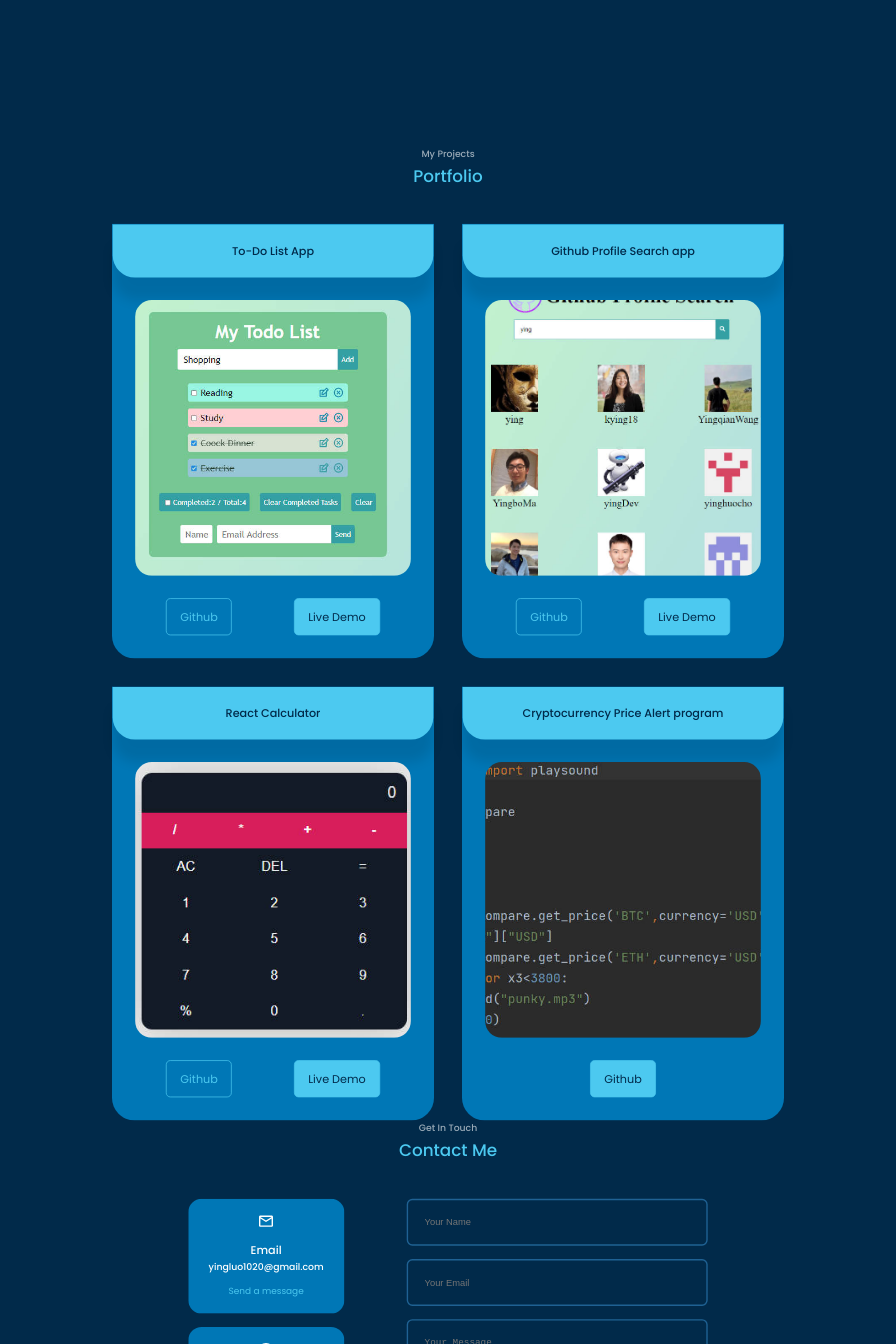
Repository: yingluo1020/react-portfolio-website
Page: /
An editor plug-in stored every save of this project. The page is shown before and after the next save, followed by the edit.
The browser window is 1280 px wide. The pictures show the part of the page from y = 1671 to 3591 px (the page is 4415 px tall), at 70% of full size.
The project was rebuilt for these pictures with package versions that can differ from the ones it lists, and the page was loaded fresh each time. Imported but missing from the stored project, and not drawn on this page: src/assets/YingLuo_resume.pdf.

Above is the page before, as saved 2022-03-16 14:07:36.

### src/index.css
@import url('https://fonts.googleapis.com/css2?family=Poppins:wght@300;400;500;600&display=swap');

* {
 margin: 0;
 padding: 0;
 border: 0;
 outline: 0;
 box-sizing: border-box;
 list-style: none;
 text-decoration: none;
}

:root {
    --color-bg:#012a4a;
    --color-bg-variant:#0077b6;
    --color-primary:#4cc9f0;
    --color-primary-variant:rgba(77,181,255,0.4);
    --color-white:#fff;
    --color-light:rgba(255,255,255,0.6);

    --transition:all 400ms ease;

    --container-width-lg:75%;
    --container-width-md:86%;
    --container-width-sm:90%;
}

html {
    scroll-behavior:smooth;
}

::-webkit-scrollbar {
    display: none;
}

body {
    font-family: 'Poppins', sans-serif;
    background: var(--color-bg);
    color:var(--color-white);
    line-height:1.7;
}

/* general styles */
.container {
    width:var(--container-width-lg);
    margin: 0 auto;
}

h1,
h2,
h3,
h4,
h5 {
    font-weight: 500;
}

h1 {
    font-size: 2.5rem;
}

section {
    min-height: 100vh;
}

section > h2, section > h5 {
    text-align: center;
    color: var(--color-light);
}

section > h2 {
    color: var(--color-primary);
    margin-bottom: 3rem;
}

.text-light {
    color: var(--color-light);
}

a {
    color: var(--color-primary);
    transition: var(--transition);
}

a:hover {
    color: var(--color-white);
}

.btn {
    width: max-content;
    display: inline-block;
    color: var(--color-primary);
    padding: 0.75rem 1.2rem;
    border-radius:0.4rem;
    cursor: pointer;
    border: 1px solid var(--color-primary);
    transition: var(--transition);
}

.btn:hover{
    background: var(--color-white);
    color: var(--color-bg);
    border-color: transparent;
}

.btn-primary {
    background: var(--color-primary);
    color: var(--color-bg);
}

img{
    display: block;
    width: 100%;
    object-fit: cover;
}

/* media queries(medium devices)*/
@media screen and (max-width:1024px) {
    .container {
        width: var(--container-width-sm);
    }

    section> h2 {
        margin-bottom: 2rem;
    }
}

### src/components/header/Header.js
import React from 'react'
import './header.css';
import CV from '../../assets/YingLuo_resume.pdf'


function Header() {
    return (
        <header>
            <div className="container header_container">
                <h5>Hello, I'm</h5>
                <h1>Ying Luo</h1>
                <h5 className="text-light">Front-end Developer</h5>

                <div className='cta'>
                    <a href={CV} download className='btn'>Download My CV</a>
                    <a href="#contact" className='btn btn-primary'>Contact me</a>
                </div>
            </div>
        </header>
    )
}

export default Header

### src/components/nav/Nav.js
import React, { useState } from 'react'
import './nav.css'
import { AiOutlineHome, } from 'react-icons/ai'
import { AiOutlineUser } from 'react-icons/ai'
import { BiBook } from 'react-icons/bi'
import { AiOutlineFundProjectionScreen } from 'react-icons/ai'
import { BiMessageSquareDetail } from 'react-icons/bi'


function Nav() {
    const [activeNav, setActiveNav] = useState('#')
    return (
        <nav>
            <a href="#" onClick={() => setActiveNav('#')} className={activeNav === '#' ? 'active' : ''}><AiOutlineHome /></a>
            <a href="#about" onClick={() => setActiveNav('#about')} className={activeNav === '#about' ? 'active' : ''}><AiOutlineUser /></a>
            <a href="#experience" onClick={() => setActiveNav('#experience')} className={activeNav === '#experience' ? 'active' : ''}><BiBook /></a>
            <a href="#portfolio" onClick={() => setActiveNav('#services')} className={activeNav === '#services' ? 'active' : ''}><AiOutlineFundProjectionScreen /></a>
            <a href="#contact" onClick={() => setActiveNav('#contact')} className={activeNav === '#contact' ? 'active' : ''}><BiMessageSquareDetail /></a>
        </nav>
    )
}

export default Nav

### src/components/about/About.js
import React from 'react'
import avatar from '../../assets/avatar.JPG'
import { FaChalkboardTeacher } from 'react-icons/fa'
import { VscFolderLibrary } from 'react-icons/vsc'
import { FaGithub } from 'react-icons/fa';
import './about.css';

function About() {
    return (
        <section id='about'>
            <h5>My Intro</h5>
            <h2>About Me</h2>

            <div className="container about_container">
                <div className="about_me">
                    <div className="about_image">
                        <img src={avatar} alt="About Image" />
                    </div>
                </div>

                <div className="about_content">
                    <div className="about_cards">
                        <article className="about_card">
                            <FaChalkboardTeacher className='about_icon' />
                            <h5> Self-learner on Frontend </h5>
                            <small>HTML/CSS, JavaScript, React, Axios...</small>
                        </article>

                        <article className="about_card">
                            <VscFolderLibrary className='about_icon' />
                            <h5>Personal IT Projects </h5>
                            <small>10+ completed:  </small>
                            <a href="https://github.com/yingluo1020" target="_blank"><FaGithub /></a>
                        </article>
                    </div>

                    <p>I am a highly motivated self-learner software developer with experience in developing a wide range of web applications and software. My core experience is on building front-end applications using HTML, CSS, JavaScript and React. Furthermore, I have developed various automated applications using Python to reduce repetitive and time-consuming tasks. I am currently seeking to be a frontend developer where I can apply my knowledge and further develop my skills.
                        <a href="https://github.com/yingluo1020" target="_blank"><FaGithub /></a>
                    </p>
                    <div className="about_btn">
                        <a href="#contact" className="btn btn">Contact Me</a>
                        <a href="#" target="_blank" className="btn btn-primary">Go to My Projects</a>
                    </div>

                </div>
            </div>
        </section>
    )
}

export default About

### src/components/experience/Experience.js
import React from 'react'
import './experience.css';
import { BsPatchCheck } from 'react-icons/bs'


function Experience() {
    return (
        <section id='experience'>
            <h5>What Skills I Have</h5>
            <h2>My Experience</h2>

            <div className="container experience_container">
                <article className='experience_details'>
                    <BsPatchCheck className='experience_details-icon' />
                    <div>
                        <h4>HTML</h4>
                        <small className='text_light'>Experienced</small>
                    </div>
                </article>

                <article className='experience_details'>
                    <BsPatchCheck className='experience_details-icon' />
                    <div>
                        <h4>CSS</h4>
                        <small className='text_light'>Experienced</small>
                    </div>
                </article>

                <article className='experience_details'>
                    <BsPatchCheck className='experience_details-icon' />
                    <div>
                        <h4>JavaScript (ES6)</h4>
                        <small className='text_light'>Experienced</small>
                    </div>
                </article>
                <article className='experience_details'>
                    <BsPatchCheck className='experience_details-icon' />
                    <div>
                        <h4>React (Hooks, Router V6) </h4>
                        <small className='text_light'>Experienced</small>
                    </div>
                </article>

                <article className='experience_details'>
                    <BsPatchCheck className='experience_details-icon' />
                    <div>
                        <h4>Python</h4>
                        <small className='text_light'>Intermediate</small>
                    </div>
                </article>
            </div>

        </section>
    )
}

export default Experience

### src/components/contact/Contact.js
import React, { useRef } from 'react'
import './contact.css'
import { MdOutlineEmail } from 'react-icons/md'
import { RiMessengerLine } from 'react-icons/ri'
import { BsWhatsapp } from 'react-icons/bs'
import emailjs from '@emailjs/browser';


function Contact() {
    const form = useRef();

    const sendEmail = (e) => {
        e.preventDefault();

        emailjs.sendForm('service_s6sapzl', 'template_utnko3u', form.current, 'user_Ak4JS85QR5w9GZLqKm3hY')

        alert(`I'll will reply you ASAP :)`)
        e.target.reset()
    };

    return (
        <section id="contact">
            <h5>Get In Touch</h5>
            <h2>Contact Me</h2>

            <div className="container contact_container">
                <div className="contact_options">
                    <article className='contact_option'>
                        <MdOutlineEmail className='contact_option-icon' />
                        <h4>Email</h4>
                        <h5>yingluo1020@gmail.com</h5>
                        <a href="mailto:yingluo1020@gmail.com" target='_blank'>Send a message</a>
                    </article>

                    <article className='contact_option'>
                        <RiMessengerLine className='contact_option-icon' />
                        <h4>Messenger</h4>
                        <h5>Ying Luo</h5>
                        <a href="https://m.me/yng.luo" target='_blank'>Send a message</a>
                    </article>

                    <article className='contact_option'>
                        <BsWhatsapp className='contact_option-icon' />
                        <h4>WhatsApp</h4>
                        <h5>+44 7407171383</h5>
                        <a href="https://api.whatsapp.com/send?phone+447407171383" target='_blank'>Send a message</a>
                    </article>
                </div>
                {/* End of contact options */}
                <form action="" ref={form} onSubmit={sendEmail}>
                    <input type="text" name='name' placeholder='Your Name' required />
                    <input type="email" name='email' placeholder='Your Email' required />
                    <textarea type="text" name='name' placeholder='Your Message' required ></textarea>
                    <button type="submit" className="btn btn-primary">Send a message</button>
                </form>

            </div>
        </section>

    )
}

export default Contact

### src/components/footer/Footer.js
import React from 'react'
import './footer.css'
import { BsLinkedin } from 'react-icons/bs';
import { FaGithub } from 'react-icons/fa';
import { FiDribbble } from 'react-icons/fi';


function Footer() {
    return (
        <footer>
            <a href="https://github.com/yingluo1020" target="_blank" className='footer_logo'><FaGithub /> Ying Luo</a>
            <ul className='permalinks'>
                <li><a href="#">Home</a></li>
                <li><a href="#about">About</a></li>
                <li><a href="#experience">Experience</a></li>
                <li><a href="#portfolio">Portfolio</a></li>
                <li><a href="#contact">Contact</a></li>
            </ul>

            <div className="footer_copyright">
                <small>&copy; All rights reserved by Ying Luo.</small>
            </div>
        </footer>
    )
}

export default Footer

### src/components/header/header.css
header {
    height: 50vh;
    padding-top: 5rem;
    overflow: hidden;
}

.header_container {
    text-align: center;
    height: 100%;
    position: relative;
}

.cta {
    margin: 2.5rem auto;
    display: flex;
    gap:1.2rem;
    justify-content: center;
}

.avatar {
    background: linear-gradient(var(--color-primary),transparent) ;
    width: 22rem;
    height: 30rem;
    position: absolute;
    left: calc(50% - 11rem);
    border-radius: 12rem 12rem 0 0 ;
    overflow: hidden;
    padding: 5rem 1.5rem 1.5rem 1.5rem;
}


/* media queries(medium devices)*/
@media screen and (max-width:1024px) {
    header {
        height: 68vh;
    }
}

/* media queries(small devices)*/
@media screen and (max-width:600px) {
   header {
       height: 100vh;
   }
}

### src/components/nav/nav.css
nav {
    background: rgba(0, 0, 0, 0.3);
    width: max-content;
    display: block;
    padding:0.7rem 1.7rem;
    z-index: 2;
    position: fixed;
    left: 50%;
    transform: translateX(-50%);
    bottom: 2rem;
    display: flex;
    gap: 0.8rem;
    border-radius: 3rem;
    /* backdrop-filter: blur(15px); */
}

nav a {
    background: transparent;
    padding: 0.9rem;
    border-radius:50% ;
    display: flex;
    color: var(--color-light);
    font-size: 1.1rem;
}

nav a:hover{
    background: rgba(0, 0, 0, 0.3);
}

nav a.active {
    background: var(--color-primary);
    color: var(--color-bg);
}

### src/components/about/about.css
.about_container {
    display: grid;
    grid-template-columns: 35% 50%;
    gap: 15%;
}

.about_me{
    width: 100%;
    aspect-ratio: 0.95/1;
    border-radius: 2rem;
    background: linear-gradient(45deg,transparent,var( --color-primary),transparent);
    display: grid;
    place-items: center;
}

.about_image {
    border-radius: 2rem;
    overflow: hidden;
    transform: rotate(10deg);
    transition: var(--transition);
}

.about_image:hover{
    transform: rotate(0);
}

.about_image img {
    width: 75%;
    margin: 0 auto;
}
.about_cards {
    display: grid;
    grid-template-columns: repeat(2,1fr);
    gap: 1.5rem;
}

.about_card {
    background: var(--color-bg-variant);
    border:1px solid transparent ;
    border-radius: 1rem;
    padding: 2rem;
    text-align: center;
    transition: var(--transition);
}

.about_card:hover {
    background:transparent;
    border-color:var(--color-primary-variant) ;
    cursor: default;
}

.about_icon {
    color: var(--color-primary);
    font-size: 1.4rem;
    margin-bottom: 1rem;
}

.about_card h5 {
    font-size: 0.9rem;
}

.about_card small {
    font-size: 0.7rem;
    color: var(--color-light);
}
.about_content{
    height: fit-content;
}
.about_content p {
    margin: 2rem 0 2.6rem;
    color: var(--color-light);
}

.about_content .about_btn {
    display: flex;
    gap:1.2rem;
}

/* media queries(medium devices)*/
@media screen and (max-width:1024px) {
    .about_container {
        grid-template-columns: 1fr ;
        gap:0;
    }

    .about_me{
        width: 50%;
        margin: 2rem auto 4rem;
    }

    .about_content p {
        margin: 1rem 0 1.5rem;
    }
}

/* media queries(small devices)*/
@media screen and (max-width:600px) {
    .about_me{
        width: 65%;
        margin: 0 auto 3rem;
    }

    .about_cards {
        grid-template-columns: 1fr 1fr;
        gap: 1rem;
    }

    .about_content {
        text-align: center;
    }

    .about_content p {
        margin: 1.5rem 0.5rem;
    }
}

### src/components/experience/experience.css
#experience{
    margin-top: 5rem;
}

.experience_container{
    width: 50%;
    display: grid;
    grid-template-columns: 1fr 1fr;
    justify-items:  stretch;
    row-gap: 3rem ;
    background: var(--color-bg-variant);
    padding: 3rem 5rem;
    border-radius: 2rem;
    border: 1px solid transparent;
    transition: var(--transition);
}


.experience_container:hover{
    background: transparent;
    border-color: var(--color-primary-variant);
    cursor: default;
}


.experience_details {
    display: flex;
    gap: 2rem;
}

.experience_details-icon{
    margin-top: 6px;
    color: var(--color-primary);
}

/* media queries(medium devices)*/
@media screen and (max-width:1024px) {
    .experience_container  {
        width: 80%;
        padding: 2rem;
        margin: 0 auto;
    }

}

/* media queries(small devices)*/
@media screen and (max-width:600px) {
    .experience_container{
        width: 100%;
        grid-template-columns: 1fr;
        padding: 1rem;
    }

}

### src/components/portfolio/portfolio.css
.portfolio_container{
    display: grid;
    grid-template-columns: repeat(2,1fr);
    gap: 2.5rem;
}

.portfolio {
    background: var(--color-bg-variant);
    border-radius:0 0 2rem 2rem;
    border: 1px solid transparent;
    transition: var(--transition);
}

.portfolio:hover {
    background: transparent;
    border-color: var(--color-primary-variant);
    transition: var(--transition);
}

.portfolio_head{
    background: var(--color-primary);
    border-radius:0 0 2rem 2rem;
    padding: 1.5rem;
    box-shadow: 0 2rem 1rem rgba(0,0,0,0.1);
}

.portfolio_head h3 {
    text-align: center;
    font-size: 1rem;
    color: var(--color-bg);
}

.portfolio_item-image {
    aspect-ratio: 1/1;
    border-radius: 1.5rem;
    overflow: hidden;
    margin: 2rem;
}

.portfolio_item-image img {
    width: 100%;
    height: 100%;
}

.portfolio_link {
    display: flex;
    justify-content: space-around;
    margin: 2rem;
}


/* media queries(medium devices)*/
@media screen and (max-width:1024px) {
    .portfolio_container{
        grid-template-columns: 1fr 1fr;
        gap: 1.2rem;
    }
}

/* media queries(small devices)*/
@media screen and (max-width:600px) {
    .portfolio_container {
        grid-template-columns: 1fr;
        gap: 1rem;
    }
}

### src/components/contact/contact.css
.contact_container {
    width: 58%;
    display: grid;
    grid-template-columns: 30% 58%;
    gap: 12%;
}

.contact_options {
    display: flex;
    flex-direction: column;
    gap: 1.2rem;
}

.contact_option{
    background: var(--color-bg-variant);
    padding: 1.2rem ;
    border-radius:1.2rem;
    border: 1px solid transparent;
    text-align: center;
    transition: var(--transition);
}

.contact_option:hover{
    background: transparent;
    border-color: var(--color-primary-variant);
}

.contact_option-icon{
    font-size: 1.5rem;
    margin-bottom: 0.5rem;
}

.contact_option a {
    margin-top: 0.7rem;
    display: inline-block;
    font-size: 0.8rem;
}

/* form */
form {
    display: flex;
    flex-direction: column;
    gap: 1.2rem;
}

input, textarea{
    width: 100%;
    padding: 1.5rem ;
    border-radius:0.5rem;
    border: 2px solid var(--color-primary-variant);
    background: transparent;
    resize: none; /* 元素不能被用户缩放。 */
    color: var(--color-white);
}

/* media queries(medium devices)*/
@media screen and (max-width:1024px) {
    .contact_container {
        grid-template-columns: 1fr;
        gap: 2rem;
    }

}

/* media queries(small devices)*/
@media screen and (max-width:600px) {
    .contact_container{
        width: var(--container-width-sm);
    }
}

### src/components/footer/footer.css
footer {
    background: var(--color-primary);
    padding: 2rem 0;
    text-align: center;
    font-size: 0.9rem;
    margin-top: 7rem;
}

footer a {
    color: var(--color-bg);
}

.footer_logo{
    font-size: 2rem;
    font-weight: 500;
    margin-bottom: 2rem;
    display: inline-block;
}

.permalinks{
    display: flex;
    flex-wrap: wrap;
    justify-content: center;
    gap: 2rem;
    margin: 0 auto 3rem;
}

.footer_socials{
    display: flex;
    justify-content: center;
    gap: 1rem;
    margin-bottom: 4rem;
}

.footer_socials a {
    display: flex;
    background: var(--color-bg);
    color: var(--color-white);
    padding: 0.8rem;
    border-radius: 0.7rem;
    border: 1px solid transparent;
    transition: var(--transition);
}

.footer_socials a:hover{
    background: transparent;
    color: var(--color-bg);
    border-color: var(--color-bg);
}

.footer_copyright {
    margin-bottom: 4rem;
    color: var(--color-bg);
}

/* media queries(small devices)*/
@media screen and (max-width:600px) {
    .permalinks{
        flex-direction: column;
        gap: 1.5rem;
    }

    .footer_socials{
        margin-bottom: 2.6rem;
    }
}

Loaded but not shown: public/index.html (common file); src/index.js (common file); src/App.js (common file); src/components/portfolio/Portfolio.js (83 lines, source omitted)

After the next save:
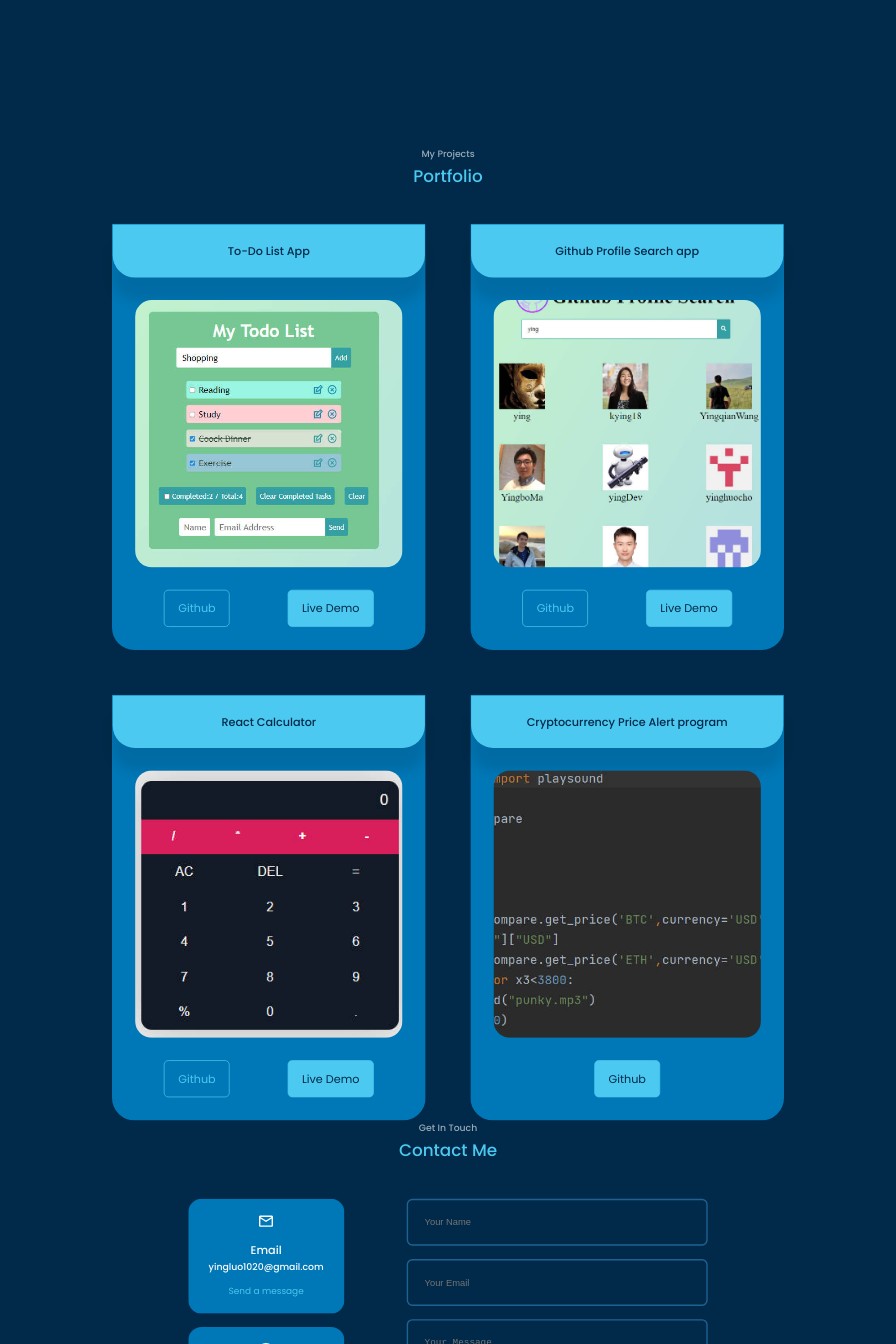
Saved 8 min 55 s later.
--- a/src/components/portfolio/portfolio.css
+++ b/src/components/portfolio/portfolio.css
@@ -1,7 +1,7 @@
 .portfolio_container{
     display: grid;
     grid-template-columns: repeat(2,1fr);
-    gap: 2.5rem;
+    gap: 4rem;
 }
 
 .portfolio {
